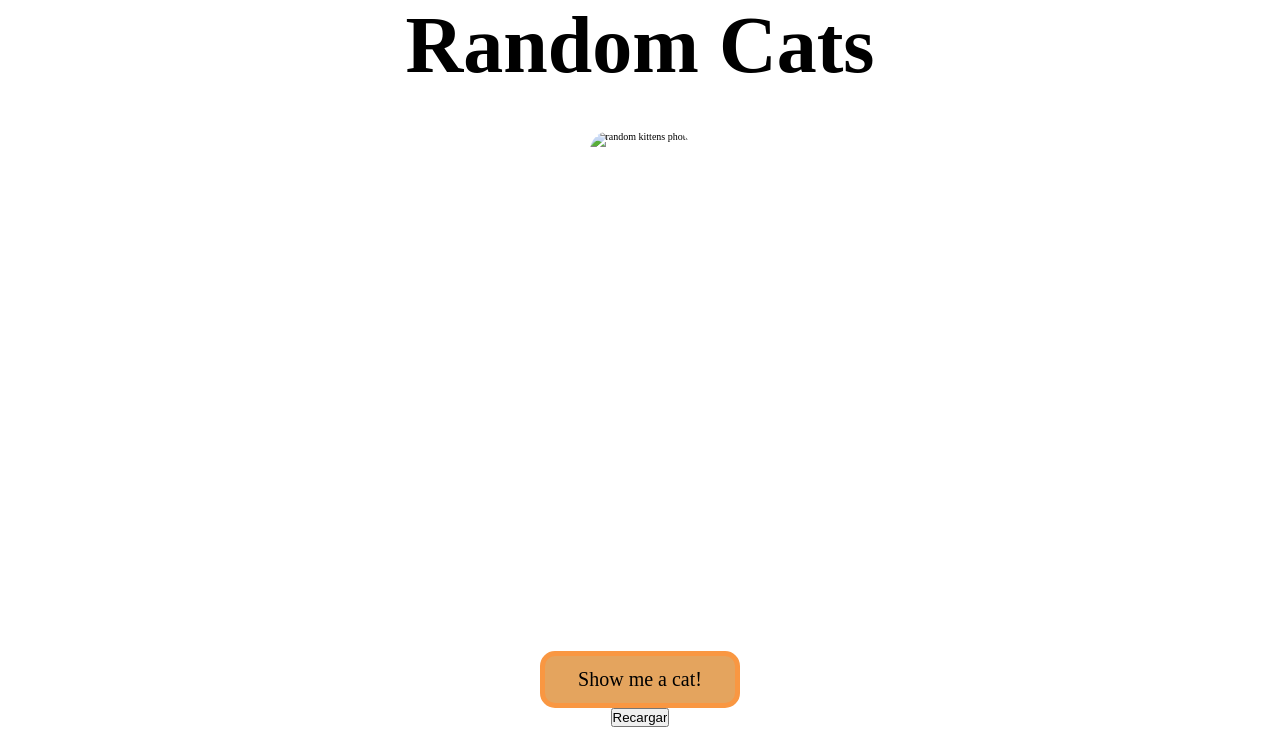
Repository: elto82/ConsumoAPIRESTjs
Page: index.html
The author's editor kept a copy of each file at every save. The page is drawn from the files as they stood at one save, then again after the next save.
The browser window is 1280 px wide. The pictures show the whole page.
The page's requests for data from a server got no answer.

Above is the page before, as saved 2022-07-02 17:41:15.
Console error: ReferenceError: getURL is not defined

### index.html
<!DOCTYPE html>
<html lang="en">

<head>
  <meta charset="UTF-8">
  <meta http-equiv="X-UA-Compatible" content="IE=edge">
  <meta name="viewport" content="width=device-width, initial-scale=1.0">
  <title>Random Cats</title>
  <link rel="stylesheet" href="style.css">
</head>

<body>
  <header>
    <h1>Random Cats</h1>
  </header>
  <section class="container">
    <img alt="random kittens photo" class="image">
    <button type="button" class="random-cat-button"> Show me a cat!</button>
    <input type="button" value="Recargar" onclick="location.reload()">
  </section>
  <script src="./main.js"></script>
</body>

</html>

### style.css
* {
  box-sizing: border-box;
  margin: 0px;
  padding: 0px;
}
html {
  font-size: 62.5%;
}
body {
  font-family: 'Square Peg', cursive;
}
header {
  display: flex;
  justify-content: center;
}
h1 {
  font-size: 8rem;
}
.container {
  display: flex;
  flex-direction: column;
  justify-content: center;
  place-items: center;
  padding: 20px;
}
.container .image {
  border-radius: 20px;
  margin: 20px;
  width: auto;
  height: 500px;
}
.random-cat-button {
  align-items: center;
  background-color: rgb(228, 164, 94);
  border: 5px solid rgb(249, 151, 66);
  border-radius: 15px;
  cursor: pointer;
  font-family: 'Pacifico', cursive;
  font-size: 2rem;
  padding: 12px;
  width: 200px;
  height: auto;
}
.random-cat-button:hover {
  border: 5px solid rgb(228, 164, 94);
  background-color: rgb(227, 141, 67);
}

### main.js
const URL = "https://api.thecatapi.com/v1/images/search";

fetch(URL)
  .then((res) => res.json())
  .then((data) => {
    const img = document.querySelector("img");
    img.src = data[0].url;
  });

  getURL();

const myButton = document.querySelector("button");
myButton.onclick = myCat;

After the next save:
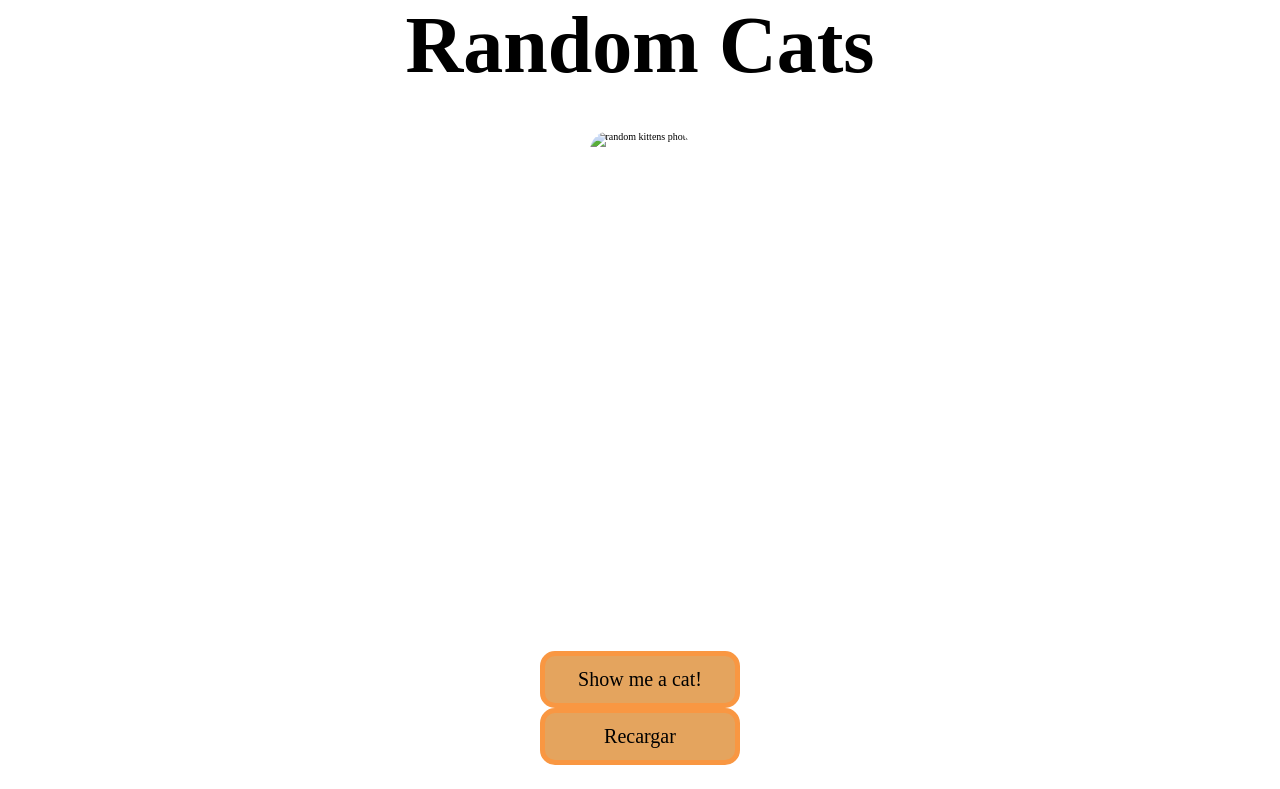
Saved 72 s later.
--- a/index.html
+++ b/index.html
@@ -16,7 +16,7 @@
   <section class="container">
     <img alt="random kittens photo" class="image">
     <button type="button" class="random-cat-button"> Show me a cat!</button>
-    <input type="button" value="Recargar" onclick="location.reload()">
+    <input class="random-cat-button" type="button" value="Recargar" onclick="location.reload()">
   </section>
   <script src="./main.js"></script>
 </body>
